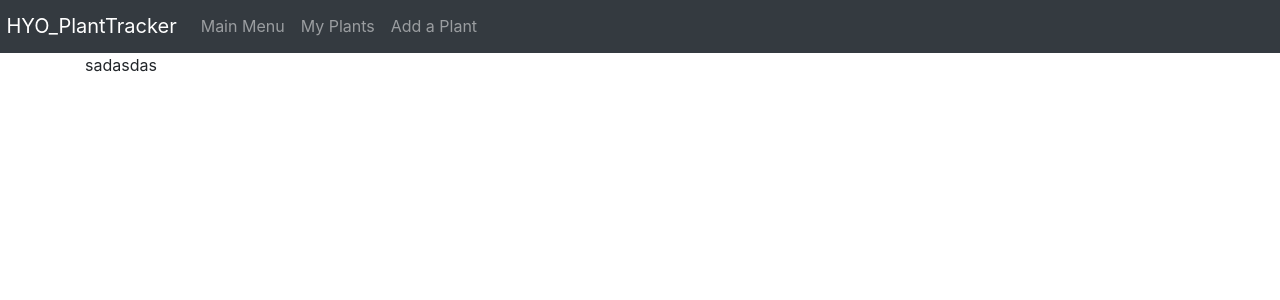
Repository: emersonwilliams/HYO_PlantTracker
Page: capstone_app/plant_tracker/templates/myplants.html
The author's editor kept a copy of each file at every save. The page is drawn from the files as they stood at one save, then again after a run of saves.
The browser window is 1280 px wide. The pictures show the whole page.

Above is the page before, as saved 2020-08-02 00:00:13.

### capstone_app/plant_tracker/templates/myplants.html
<!-- this is the page where you can see all of your plants -->

<!DOCTYPE html>
<html lang="en">
<head>
    <meta charset="UTF-8">
    <title>Title</title>

</head>

<body>
    <link rel="stylesheet" href="https://stackpath.bootstrapcdn.com/bootstrap/4.5.0/css/bootstrap.min.css" integrity="sha384-9aIt2nRpC12Uk9gS9baDl411NQApFmC26EwAOH8WgZl5MYYxFfc+NcPb1dKGj7Sk" crossorigin="anonymous">
    <script src="https://code.jquery.com/jquery-3.5.1.slim.min.js" integrity="sha384-DfXdz2htPH0lsSSs5nCTpuj/zy4C+OGpamoFVy38MVBnE+IbbVYUew+OrCXaRkfj" crossorigin="anonymous"></script>
    <script src="https://cdn.jsdelivr.net/npm/popper.js@1.16.0/dist/umd/popper.min.js" integrity="sha384-Q6E9RHvbIyZFJoft+2mJbHaEWldlvI9IOYy5n3zV9zzTtmI3UksdQRVvoxMfooAo" crossorigin="anonymous"></script>

    <link rel="stylesheet" type = "text/css" href='../static/css/myplants.css'>

    <nav class="navbar navbar-expand-lg navbar-dark bg-dark">
    <a class="navbar-brand" href="#">HYO_PlantTracker</a>
    <button class="navbar-toggler" type="button" data-toggle="collapse" data-target="#navbarNavAltMarkup" aria-controls="navbarNavAltMarkup" aria-expanded="false" aria-label="Toggle navigation">
      <span class="navbar-toggler-icon"></span>
    </button>
    <div class="collapse navbar-collapse" id="navbarNavAltMarkup">
      <div class="navbar-nav">
        <a class="nav-item nav-link  op1" href="#">Main Menu <span class="sr-only"></span></a>
        <a class="nav-item nav-link op1 " href="#">My Plants</a>
        <a class="nav-item nav-link op1" href="#">Add a Plant</a>
      </div>
    </div>
  </nav>

    <div class="container">
    <!-- Content here -->
    <div>sadasdas</div>

    </div>

</body>

</html>

### capstone_app/plant_tracker/static/css/myplants.css
.navbar{
    padding: 0.4em 0.4em 0.4em 0.4em;
}
.op1

After the next 2 saves:
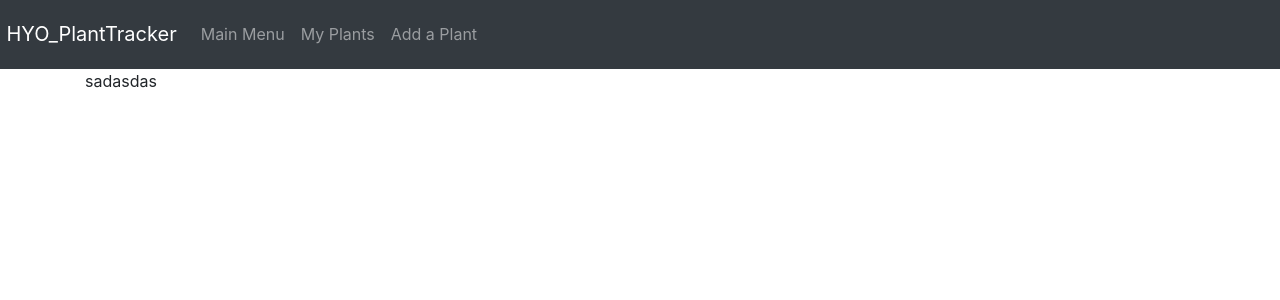
The 2 saves are shown as one change because they came seconds apart.
The last was saved 7 s later.
--- a/capstone_app/plant_tracker/static/css/myplants.css
+++ b/capstone_app/plant_tracker/static/css/myplants.css
@@ -1,4 +1,6 @@
 .navbar{
     padding: 0.4em 0.4em 0.4em 0.4em;
 }
-.op1
+.op1{
+    padding: 1em;
+}

After the save that followed:
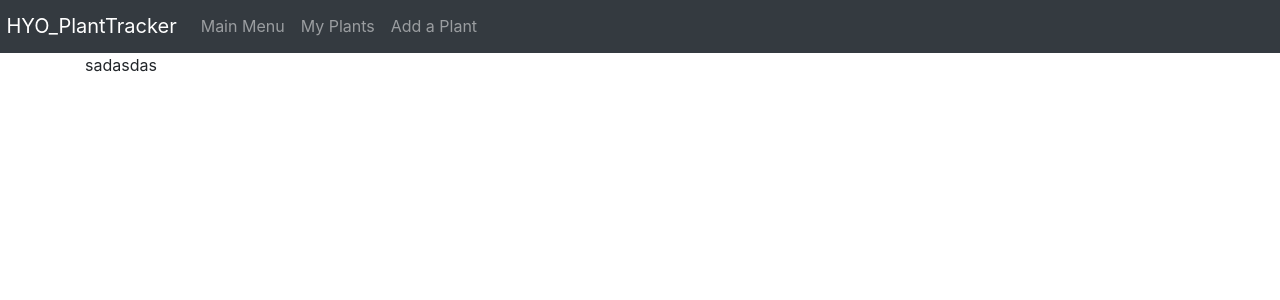
Saved 8 s later.
--- a/capstone_app/plant_tracker/static/css/myplants.css
+++ b/capstone_app/plant_tracker/static/css/myplants.css
@@ -2,5 +2,5 @@
     padding: 0.4em 0.4em 0.4em 0.4em;
 }
 .op1{
-    padding: 1em;
+    padding: 1e;
 }
